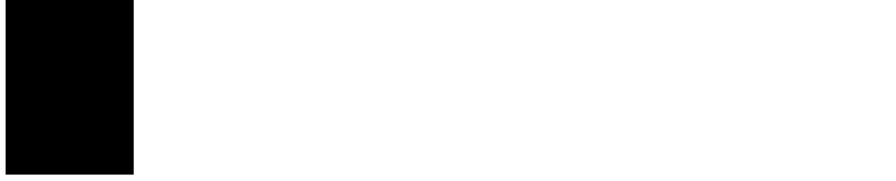
Repository: sophiegafsi/web
Page: http://localhost/view/admin/layout/header.php
These files come from the project's save history. The page is drawn as it stood at one moment and after a run of saves; the edit follows.
The browser window is 1280 px wide. The pictures show the part of the page from y = 498 to 2418 px (the page is 756 px tall before and 2916 px after), at 70% of full size.
The page is run by PHP 8.4 with error messages shown; the project is at /var/www/html/.

Above is the page before, as saved 2024-05-05 21:56:26.

After the next 2 saves:
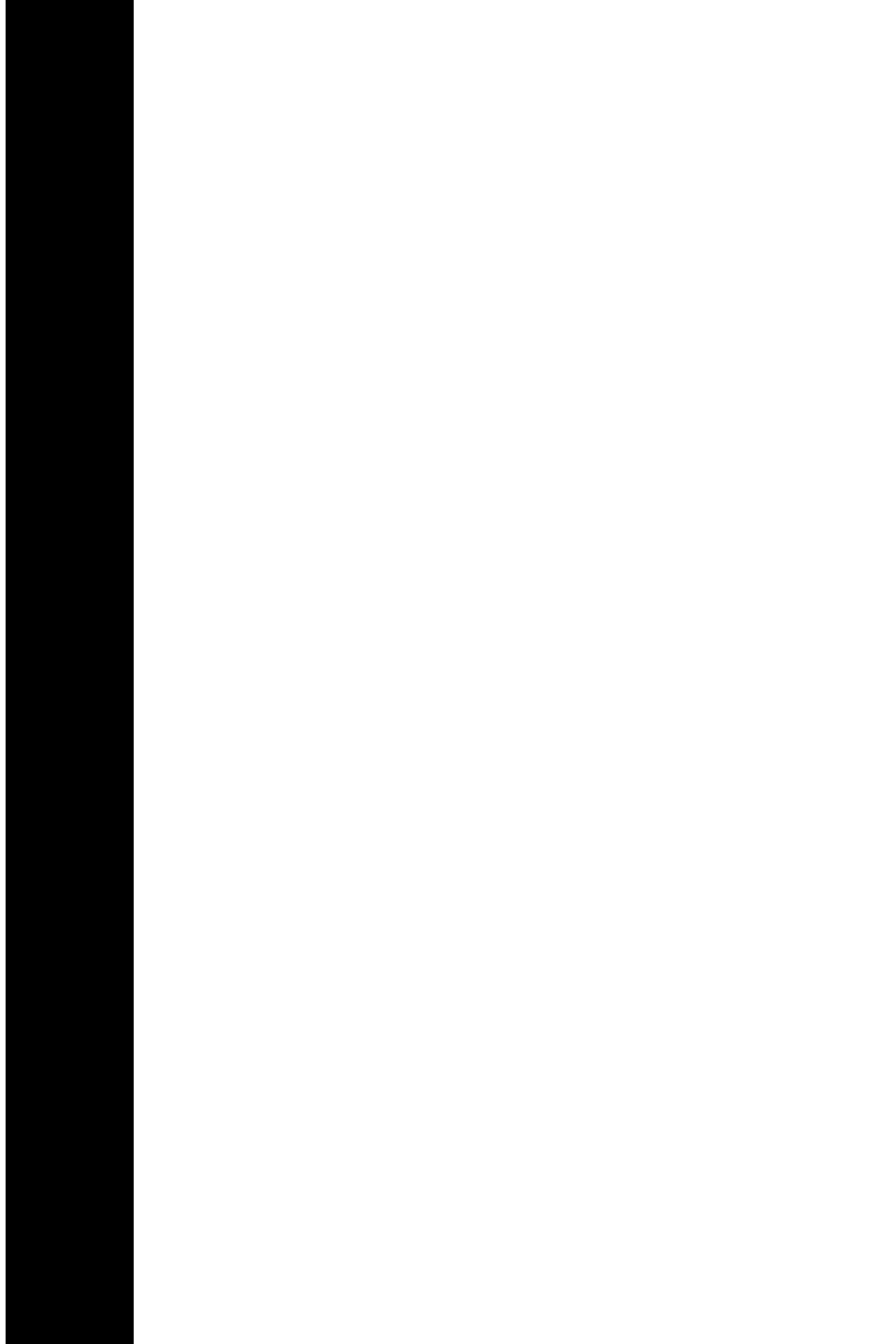
The 2 saves are shown as one change because they came seconds apart.
The last was saved 52 s later.
--- a/view/admin/layout/header.php
+++ b/view/admin/layout/header.php
@@ -50,7 +50,7 @@
       display: flex;
       flex-direction: column;
       background: black;
-      height: 100vh;
+      height: 400vh;
       max-width: 200px;
       padding: 10px;
     }
